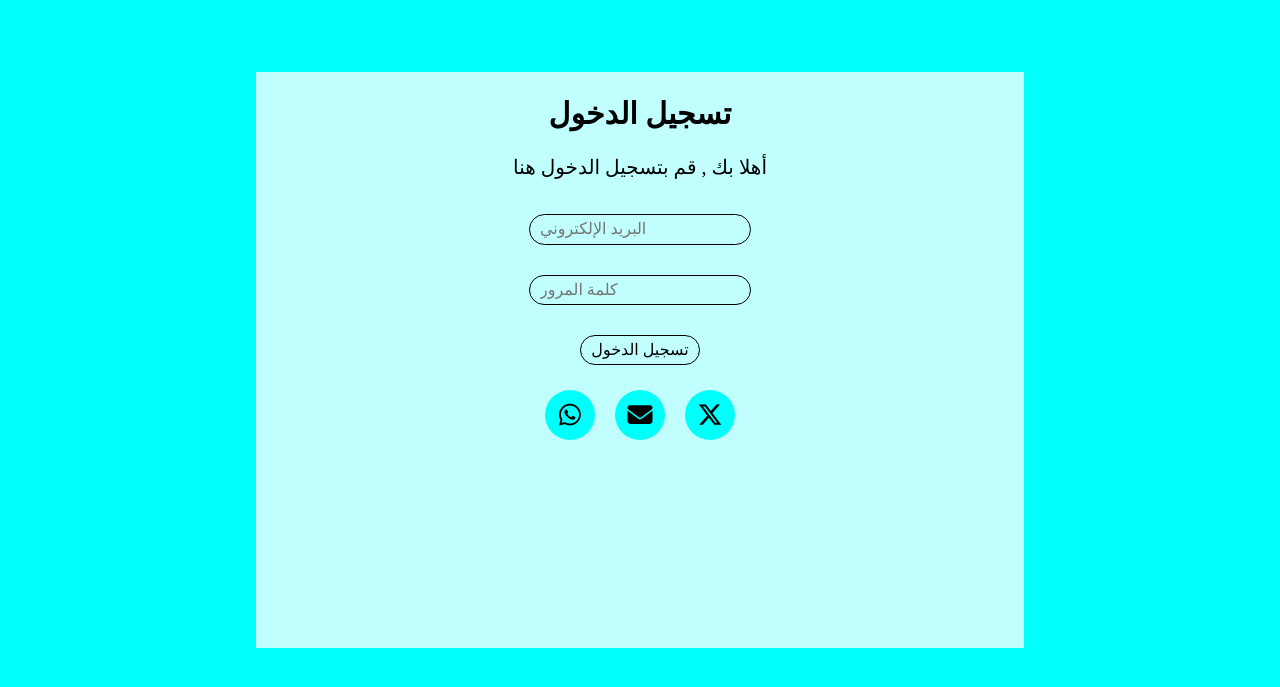
Repository: FaisalFahed/login-page
Page: html/صفحة تسجيل دخول.html
These files come from the project's save history. The page is drawn as it stood at one moment and after the next save; the edit follows.
The browser window is 1280 px wide. The pictures show the whole page.
Some web fonts or font styles are not loaded; a fallback is used.

Above is the page before, as saved 2025-04-01 08:47:08.

After the next save:
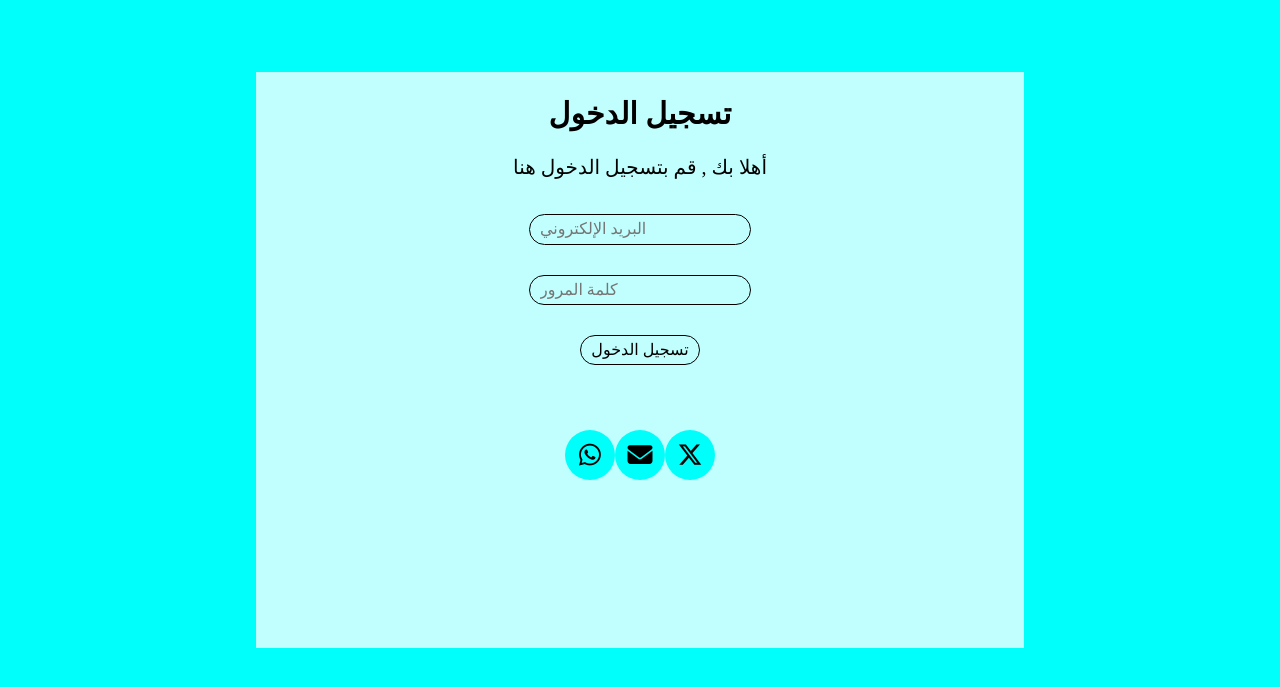
Saved 4 s later.
--- a/css/صفحة تسجيل دخول.css
+++ b/css/صفحة تسجيل دخول.css
@@ -85,7 +85,7 @@
     height: 50px;
     border-radius: 50%;
 }
-.icons ul li a i:nth-child(1){
+.icons ul li a i:nth-child(0){
     margin: 10px 10px;
 }
 /* @media (min-width:768px){

After the save that followed:
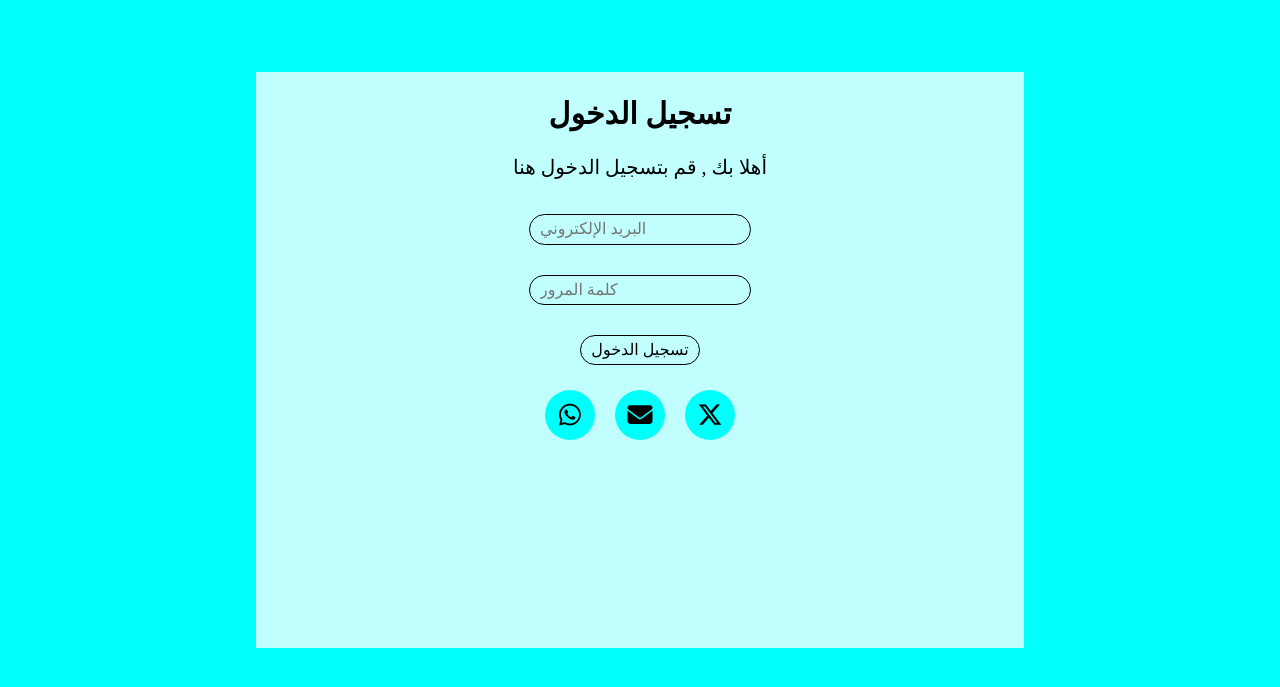
Saved 6 s later.
--- a/css/صفحة تسجيل دخول.css
+++ b/css/صفحة تسجيل دخول.css
@@ -85,7 +85,7 @@
     height: 50px;
     border-radius: 50%;
 }
-.icons ul li a i:nth-child(0){
+.icons ul li a i:nth-child(1){
     margin: 10px 10px;
 }
 /* @media (min-width:768px){
